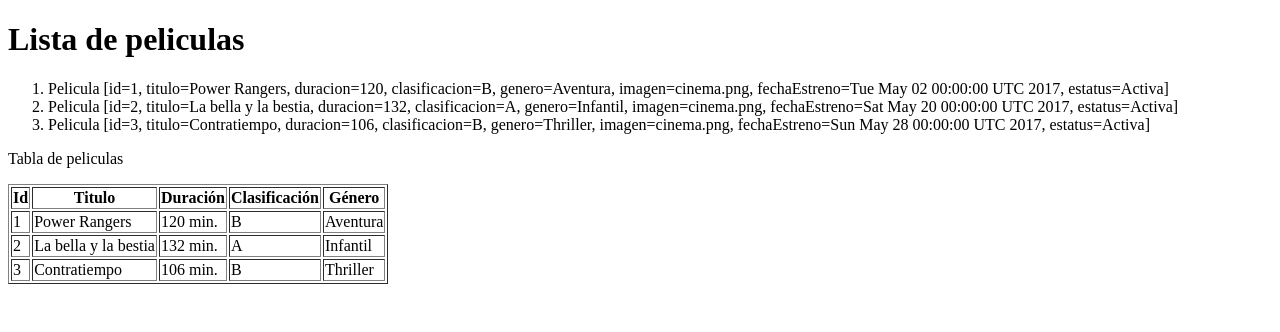
Repository: carlosgijon/Curso-Spring-e-Hibernate
Page: http://localhost/cineapp/
The author's editor kept a copy of each file at every save. The page is drawn from the files as they stood at one save, then again after the next save.
The browser window is 1280 px wide. The pictures show the whole page.
The page is served by Tomcat 9.

Above is the page before, as saved 2018-10-01 10:45:02.

After the next save:
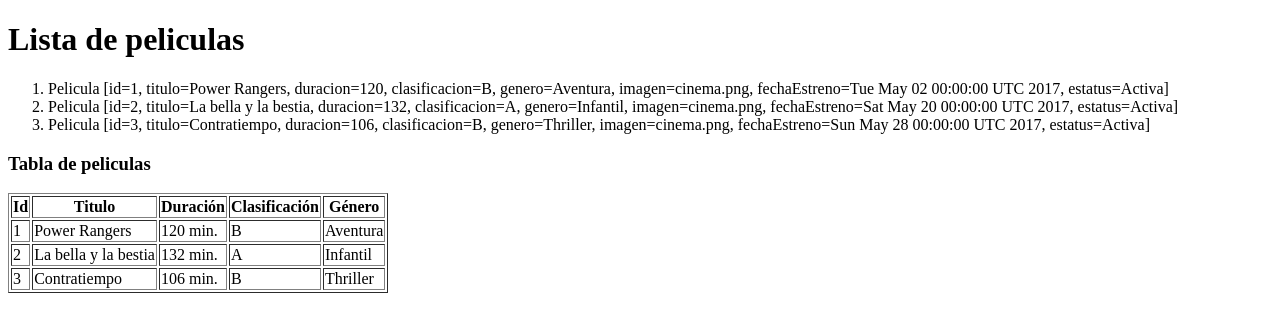
Saved 13 s later.
--- a/cineapp/webapp/WEB-INF/views/home.jsp
+++ b/cineapp/webapp/WEB-INF/views/home.jsp
@@ -18,7 +18,7 @@
 		</c:forEach>
 	</ol>
 
-	<p>Tabla de peliculas</p>
+	<h3>Tabla de peliculas</h3>
 	<table border="1">
 		<thead>
 			<tr>
